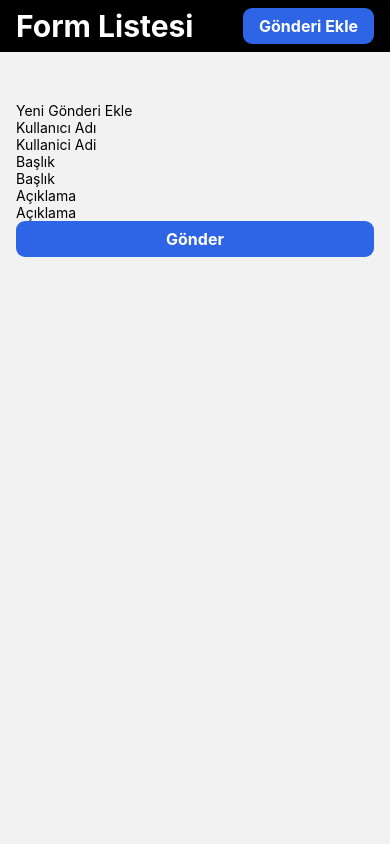
Repository: Kubraaygun/FirebaseRN
Screen: /
These files come from the project's save history. The screen is drawn as it stood at one moment and after the next save; the edit follows.
The app was drawn by React Native's web renderer in a window 390 px wide. The project was rebuilt for these pictures with package versions that can differ from the ones it lists, and the page was loaded fresh each time. Also part of the build but not shown: src/screens/ListPost/ListPostView.jsx, src/screens/ListPost/ListPostController.jsx.

Above is the screen before, as saved 2025-01-20 20:46:55.

After the next save:
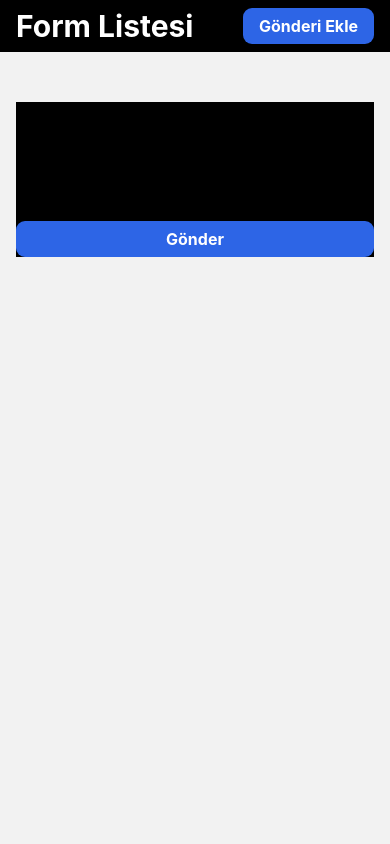
Saved 9 s later.
--- a/src/screens/AddPost/AddPostView.jsx
+++ b/src/screens/AddPost/AddPostView.jsx
@@ -30,7 +30,7 @@ export default AddPostView;
 
 const styles = StyleSheet.create({
   form: {
-    color: 'black',
+    backgroundColor: 'black',
     marginVertical: 50,
     marginHorizontal: 16,
   },
